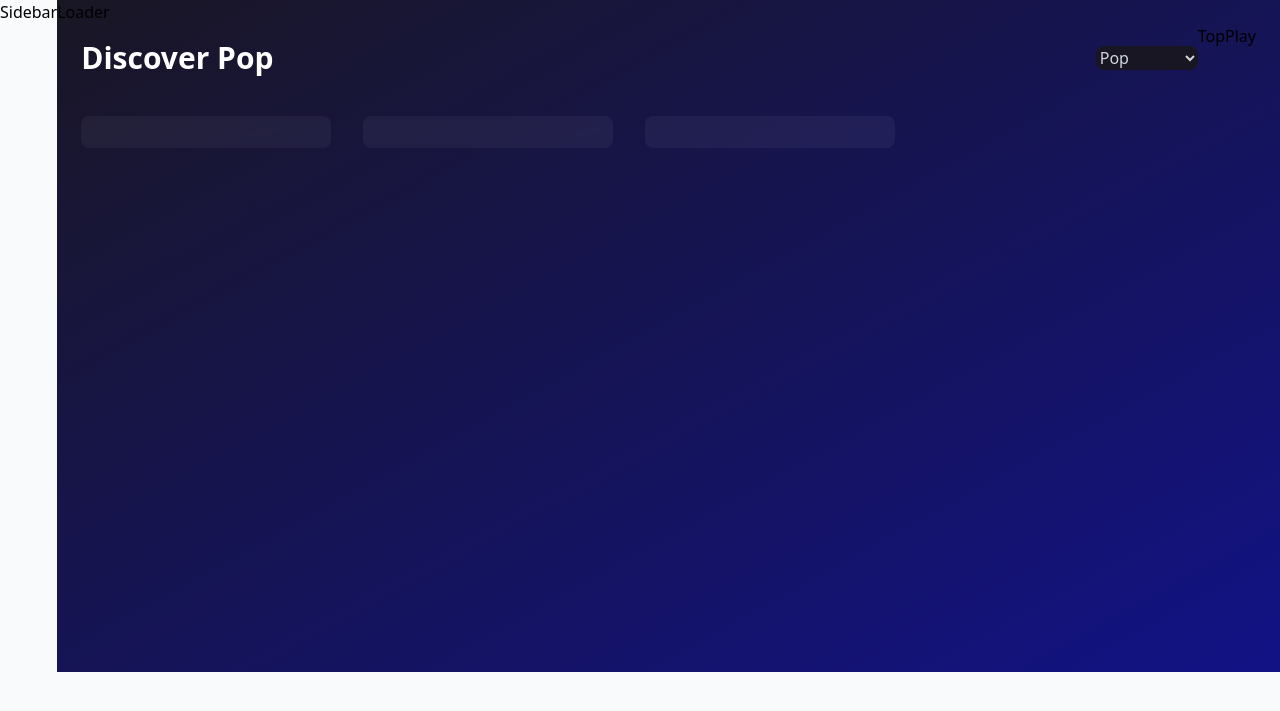
Repository: Chris24T/Dotify
Page: /
These files come from the project's save history. The page is drawn as it stood at one moment and after the next save; the edit follows.
The browser window is 1280 px wide. The pictures show the whole page.
The project was rebuilt for these pictures with package versions that can differ from the ones it lists, and the page was loaded fresh each time. Also part of the build but not shown: vite.config.js, src/components/PlayPause.jsx, src/components/ArtistCard.jsx, src/components/DetailsHeader.jsx, src/components/SongBar.jsx, src/components/RelatedSongs.jsx, src/components/MusicPlayer/Controls.jsx, src/components/MusicPlayer/Player.jsx and 13 more.

Above is the page before, as saved 2022-12-03 21:34:49.

After the next save:
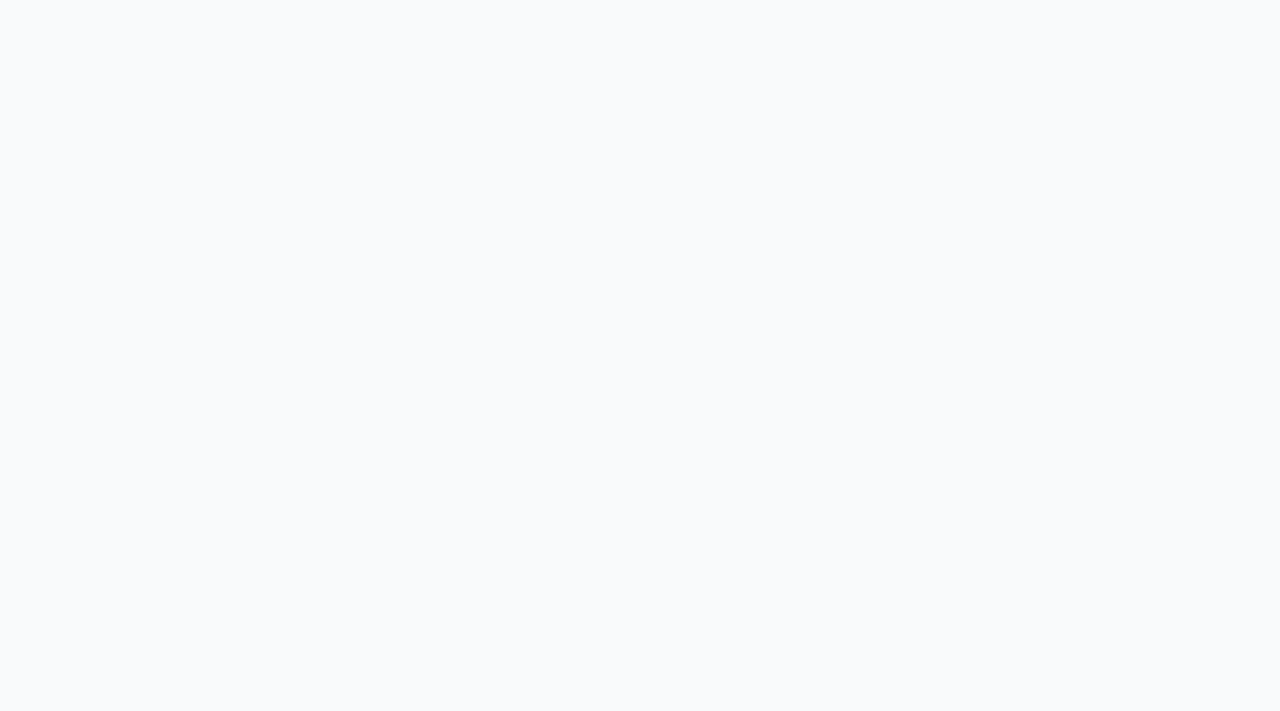
Console error: ReferenceError: activeSong is not defined
Saved 2 min 25 s later.
--- a/src/components/SongCard.jsx
+++ b/src/components/SongCard.jsx
@@ -5,7 +5,17 @@
 import { playPause, setActiveSong } from '../redux/features/playerSlice';
 
 const SongCard = ({ song, i }) => (
-  <div className="flex flex-col w-[250px] p-4 bg-white/5 bg-opacity-80 backdrop-blur-sm animate-slideup rounded-lg cursor-pointer"></div>
+  <div className="flex flex-col w-[250px] p-4 bg-white/5 bg-opacity-80 backdrop-blur-sm animate-slideup rounded-lg cursor-pointer">
+    <div className="relative w-full h-56 group">
+      <div
+        className={`absolute inset-0 justify-center items-center bg-black bg-opacity-50 group-hover:flex ${
+          activeSong.title === song.title
+            ? 'flex bg-black bg-opacity-70'
+            : 'hidden'
+        }`}
+      ></div>
+    </div>
+  </div>
 );
 
 export default SongCard;

After the 2 saves that followed:
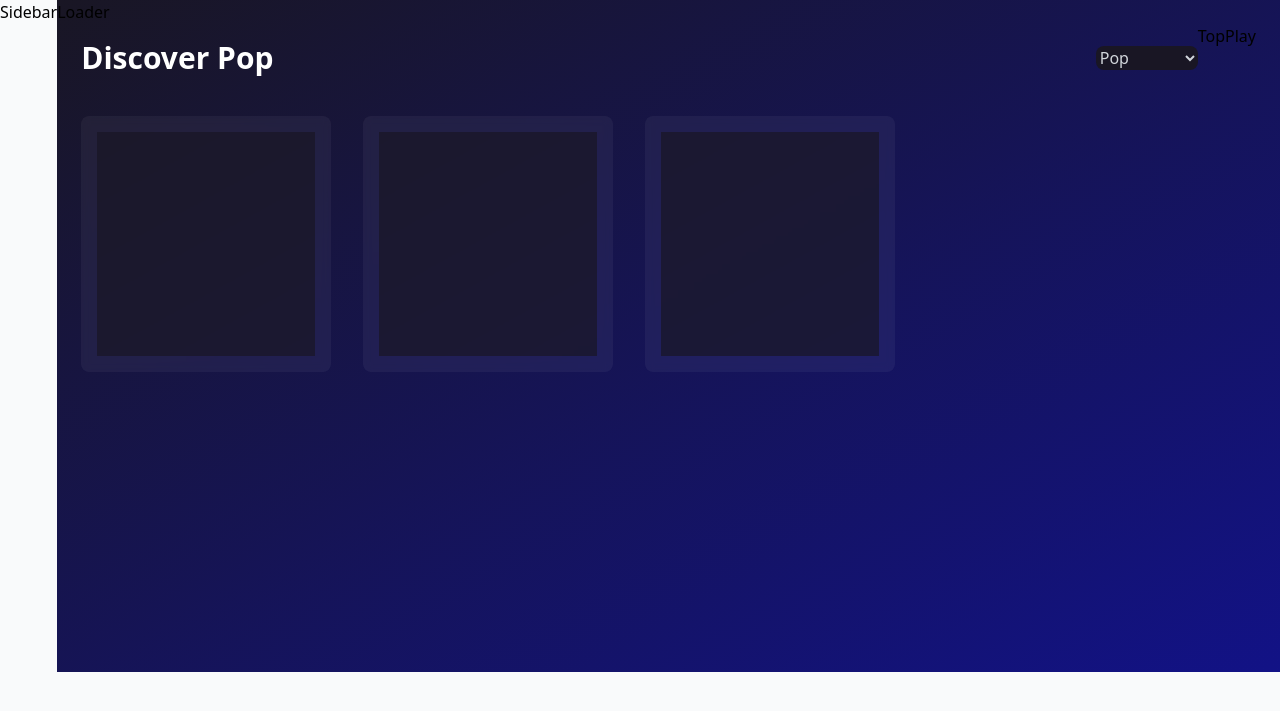
The error is gone.
The 2 saves are shown as one change because 1 left the picture as it was.
The last was saved 29 s later.
--- a/src/components/SongCard.jsx
+++ b/src/components/SongCard.jsx
@@ -4,18 +4,22 @@
 import PlayPause from './PlayPause';
 import { playPause, setActiveSong } from '../redux/features/playerSlice';
 
-const SongCard = ({ song, i }) => (
-  <div className="flex flex-col w-[250px] p-4 bg-white/5 bg-opacity-80 backdrop-blur-sm animate-slideup rounded-lg cursor-pointer">
-    <div className="relative w-full h-56 group">
-      <div
-        className={`absolute inset-0 justify-center items-center bg-black bg-opacity-50 group-hover:flex ${
-          activeSong.title === song.title
-            ? 'flex bg-black bg-opacity-70'
-            : 'hidden'
-        }`}
-      ></div>
+const SongCard = ({ song, i }) => {
+  const activeSong = 'test';
+
+  return (
+    <div className="flex flex-col w-[250px] p-4 bg-white/5 bg-opacity-80 backdrop-blur-sm animate-slideup rounded-lg cursor-pointer">
+      <div className="relative w-full h-56 group">
+        <div
+          className={`absolute inset-0 justify-center items-center bg-black bg-opacity-50 group-hover:flex ${
+            activeSong.title === song.title
+              ? 'flex bg-black bg-opacity-70'
+              : 'hidden'
+          }`}
+        ></div>
+      </div>
     </div>
-  </div>
-);
+  );
+};
 
 export default SongCard;
